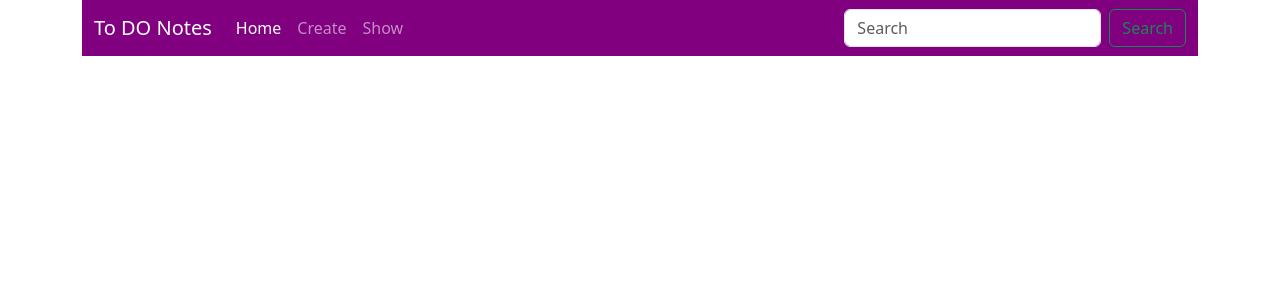
Repository: mrking14/Advance-Java-Projects
Page: http://localhost/NoteTaker/
An editor plug-in stored every save of this project. The page is shown before and after the next save, followed by the edit.
The browser window is 1280 px wide. The pictures show the whole page.
The page is served by Tomcat 9. Other server files are loaded and not shown.

Above is the page before, as saved 2023-06-25 12:02:09.

### NoteTaker/src/main/webapp/index.jsp
<!doctype html>
<html lang="en">
  <head>
    <meta charset="utf-8">
    <meta name="viewport" content="width=device-width, initial-scale=1">
    <title>Note Taking WebApp</title>
    <link href="https://cdn.jsdelivr.net/npm/bootstrap@5.3.0/dist/css/bootstrap.min.css" rel="stylesheet" integrity="sha384-9ndCyUaIbzAi2FUVXJi0CjmCapSmO7SnpJef0486qhLnuZ2cdeRhO02iuK6FUUVM" crossorigin="anonymous">
    <link href="css/style.css" rel="stylesheet"/>
  </head>
  <body>
    <div class = "container">
    <%@include file="navbar.jsp" %>
    </div>

    <script src="https://cdn.jsdelivr.net/npm/bootstrap@5.3.0/dist/js/bootstrap.bundle.min.js" integrity="sha384-geWF76RCwLtnZ8qwWowPQNguL3RmwHVBC9FhGdlKrxdiJJigb/j/68SIy3Te4Bkz" crossorigin="anonymous"></script>
  </body>
</html>

### NoteTaker/src/main/webapp/navbar.jsp
<nav class="navbar navbar-expand-lg  navbar-dark purple">
  <div class="container-fluid">
    <a class="navbar-brand" href="#">To DO Notes</a>
    <button class="navbar-toggler" type="button" data-bs-toggle="collapse" data-bs-target="#navbarSupportedContent" aria-controls="navbarSupportedContent" aria-expanded="false" aria-label="Toggle navigation">
      <span class="navbar-toggler-icon"></span>
    </button>
    <div class="collapse navbar-collapse" id="navbarSupportedContent">
      <ul class="navbar-nav me-auto mb-2 mb-lg-0">
        <li class="nav-item">
          <a class="nav-link active" aria-current="page" href="#">Home</a>
        </li>
        <li class="nav-item">
          <a class="nav-link" href="#">Create</a>
        </li>
        <li class="nav-item">
          <a class="nav-link ">Show</a>
        </li>
      </ul>
      <form class="d-flex" role="search">
        <input class="form-control me-2" type="search" placeholder="Search" aria-label="Search">
        <button class="btn btn-outline-success" type="submit">Search</button>
      </form>
    </div>
  </div>
</nav>

### NoteTaker/src/main/webapp/css/style.css
.purple{
	background:purple;
}

After the next save:
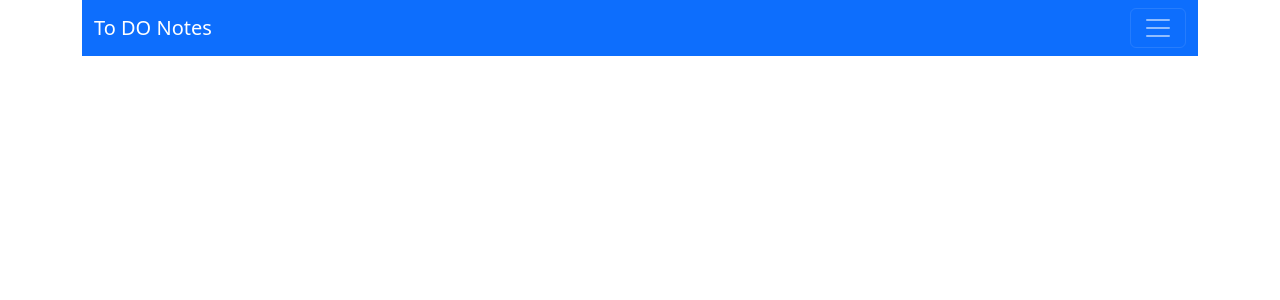
Saved 24 min 14 s later.
--- a/NoteTaker/src/main/webapp/navbar.jsp
+++ b/NoteTaker/src/main/webapp/navbar.jsp
@@ -1,4 +1,4 @@
-<nav class="navbar navbar-expand-lg  navbar-dark purple">
+<nav class="navbar  bg-primary" data-bs-theme="dark"  navbar-dark purple">
   <div class="container-fluid">
     <a class="navbar-brand" href="#">To DO Notes</a>
     <button class="navbar-toggler" type="button" data-bs-toggle="collapse" data-bs-target="#navbarSupportedContent" aria-controls="navbarSupportedContent" aria-expanded="false" aria-label="Toggle navigation">
@@ -18,7 +18,7 @@
       </ul>
       <form class="d-flex" role="search">
         <input class="form-control me-2" type="search" placeholder="Search" aria-label="Search">
-        <button class="btn btn-outline-success" type="submit">Search</button>
+        <button class="btn btn-outline-success " type="submit">Search</button>
       </form>
     </div>
   </div>
